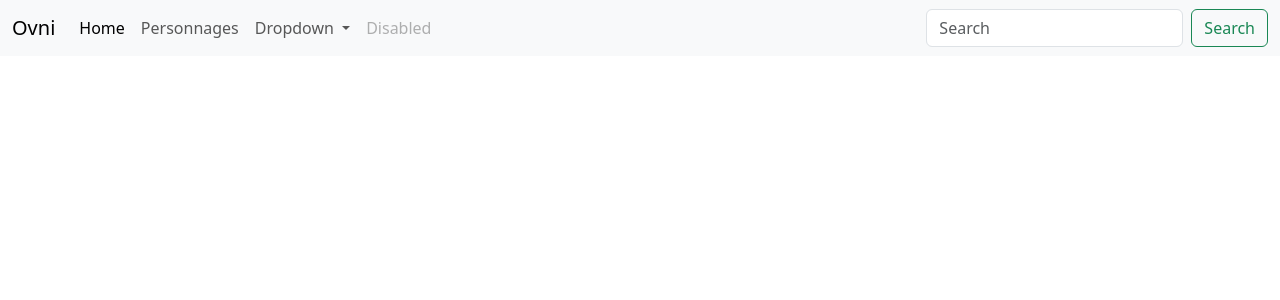
Repository: Timazoy/Site_ovni_tp
Page: perso.html
An editor plug-in stored every save of this project. The page is shown before and after the next save, followed by the edit.
The browser window is 1280 px wide. The pictures show the whole page.

Above is the page before, as saved 2025-12-15 08:32:17.

After the next save:
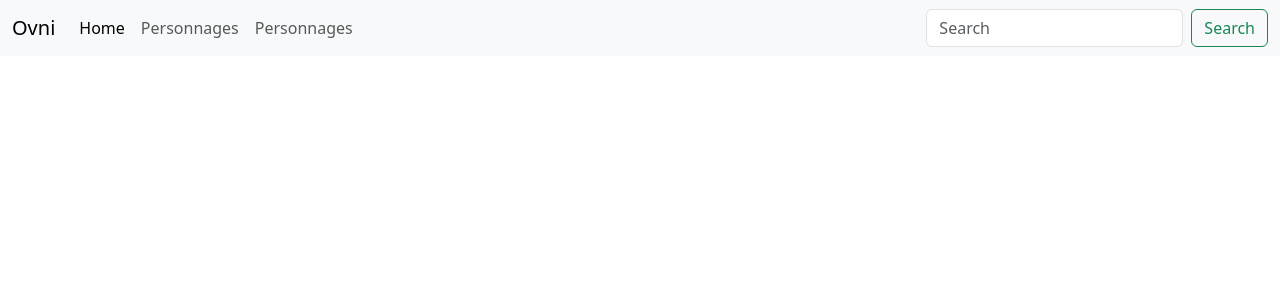
Saved 49 s later.
--- a/perso.html
+++ b/perso.html
@@ -28,22 +28,8 @@
                     <li class="nav-item">
                         <a class="nav-link" href="./perso.html">Personnages</a>
                     </li>
-                    <li class="nav-item dropdown">
-                        <a class="nav-link dropdown-toggle" href="#" role="button" data-bs-toggle="dropdown"
-                            aria-expanded="false">
-                            Dropdown
-                        </a>
-                        <ul class="dropdown-menu">
-                            <li><a class="dropdown-item" href="#">Action</a></li>
-                            <li><a class="dropdown-item" href="#">Another action</a></li>
-                            <li>
-                                <hr class="dropdown-divider">
-                            </li>
-                            <li><a class="dropdown-item" href="#">Something else here</a></li>
-                        </ul>
-                    </li>
                     <li class="nav-item">
-                        <a class="nav-link disabled" aria-disabled="true">Disabled</a>
+                        <a class="nav-link" href="./perso.html">Personnages</a>
                     </li>
                 </ul>
                 <form class="d-flex" role="search">
